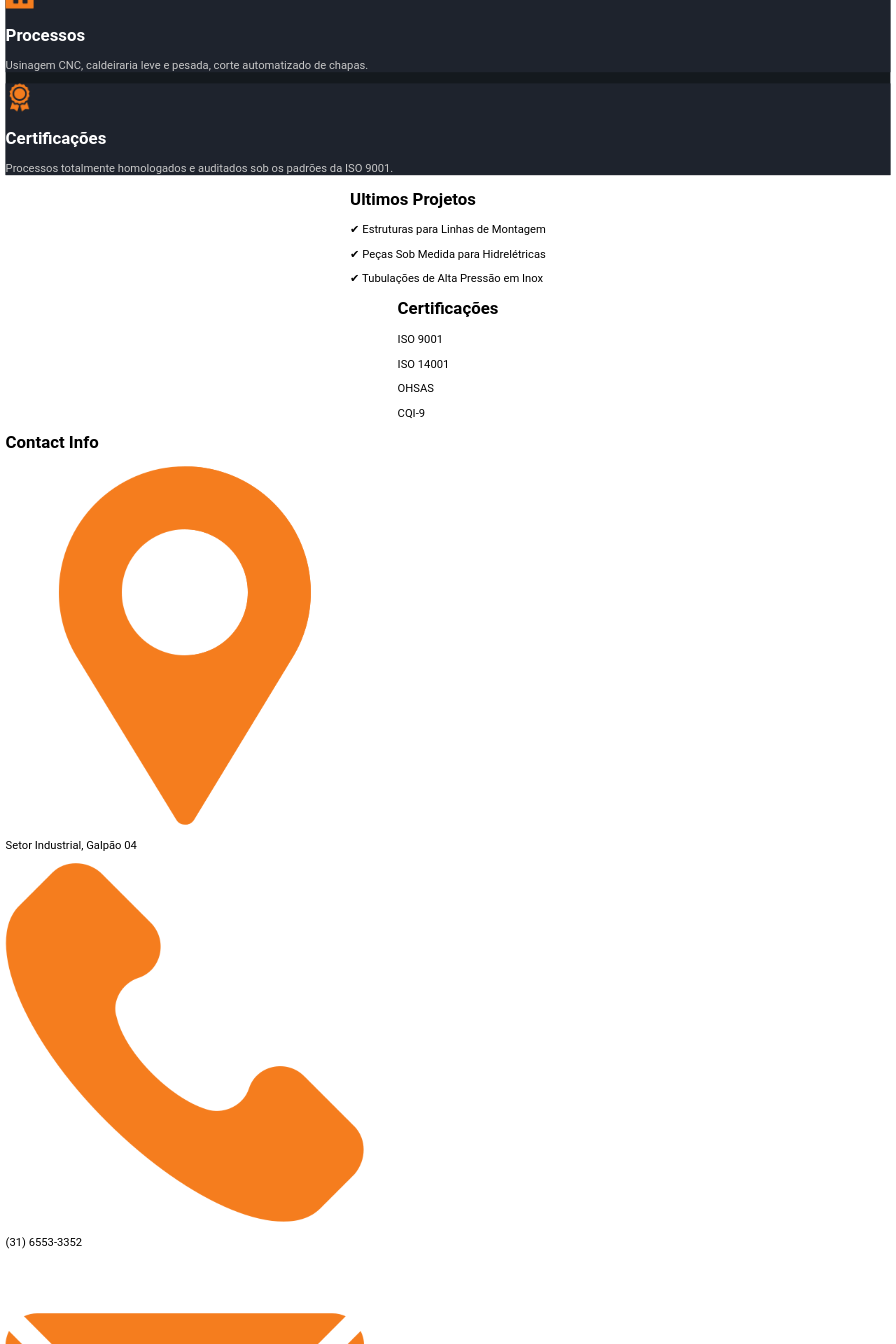
Repository: guiCherpinski/landing-page-metalurgica
Page: index.html
The author's editor kept a copy of each file at every save. The page is drawn from the files as they stood at one save, then again after the next save.
The browser window is 1280 px wide. The pictures show the part of the page from y = 993 to 2913 px (the page is 4609 px tall before and 2205 px after), at 70% of full size.

Above is the page before, as saved 2026-06-03 20:25:04.

### index.html
<!DOCTYPE html>
<html lang="pt-br">
<head>
    <meta charset="UTF-8">
    <meta name="viewport" content="width=device-width, initial-scale=1.0">
    <title>Metalúrgica</title>
    <link rel="stylesheet" href="style.css">
</head>
<body>
    <header>
        <nav>
            <h1>Metalúrgica <span>MI80</span></h1>

            <div class = "buttons">
                <a href="/">Home</a>
                <a href="/">Serviços</a>
                <a href="/">Projetos</a>
                <a href="/">Contatos</a>
                <button>Faça uma Cotação</button>
            </div>
        </nav>
    </header>

    <main>
        <section class = "hero-section">
            <img src="./img/homem-serrando.png" alt="Foto de um Soldador">
            <div class = "text-hero">
                <h2>Soluções Metalúrgicas de Precisão</h2>
                <p>Expertise no desenvolvimento e usinagem de maquinários, estruturas industriais de alta performance e projetos personalizados em aço</p>
            </div>
        </section>
    </main>

    <section class = "our-process">

        <h2>Nossos Processos</h2>

        <p>Atuamos com a mais alta tecnologia em fundicao, corte a laser e dobra CNC. Garantimos o
            controle rígido de qualidade em cada etapa, desde a materia-prima bruta até o acabamento
            superficial refinado, atendendo as mais estritas normas internacionais de seguranca e
            durabilidade.
        </p>

        <p>Nossa infraestrutura moderna permite a fabricacao em larga escala sem perder a precisão
            milimetrica necessaria para componentes automotivos, aeroespaciais e de engenharia
            pesada.
        </p>

        <section class = "articles">

        </section>
        <article class = "article-benefits">
            <img src="./img/settings-gears.png" alt="Icone de engrenagens">
            <h2>Benefícios</h2>
            <p>Alta durabilidade, resistência mecânica superior e precisão cirúrgica em ligas especiais.</p>
        </article>

        <article class = "article-process">
            <img src="./img/industry.png" alt="Icone de industria">
            <h2>Processos</h2>
            <p>Usinagem CNC, caldeiraria leve e pesada, corte automatizado de chapas.</p>
        </article>

        <article class = "article-certificates">
            <img src="./img/medal.png" alt="Icone de medalha">
            <h2>Certificações</h2>
            <p>Processos totalmente homologados e auditados sob os padrões da ISO 9001.</p>
        </article>
    </section>

    <section class = "last-projects">
        <h2>Ultimos Projetos</h2>
        <p>✔ Estruturas para Linhas de Montagem </p>
        <p>✔ Peças Sob Medida para Hidrelétricas</p>
        <p>✔ Tubulações de Alta Pressão em Inox</p>
    </section>

    <section class = "certificates">
        <h2>Certificações</h2>
        <p>ISO 9001</p>
        <p>ISO 14001</p>
        <p>OHSAS</p>
        <p>CQI-9</p>
    </section>


    <footer class = "rodape">
        <section>
            <h2>Contact Info</h2>

            <article>
                <img src="./img/placeholder.png" alt="Icone pin">
                <p>Setor Industrial, Galpão 04</p>
            </article>

            <article>
                <img src="./img/phone-call.png" alt="Icone de telefone">
                <p>(31) 6553-3352</p>
            </article>

            <article>
                <img src="./img/email.png" alt="Icone email">
                <p>contato@metalurgica-exemplo.com</p>
            </article>
        </section>

        <section>
            <h2>Quick Links</h2>
            <p>Política de Privacidade</p>
            <p>Trabalhe Conosco</p>
            <p>Portal do Cliente</p>
        </section>

        <section>
            <h2>Social Media</h2>
            <img src="./img/linkedin.png" alt="Icone linkedin">
            <img src="./img/instagram.png" alt="Icone instagram">
            <img src="./img/facebook.png" alt="Icone facebook">
            <img src="./img/youtube.png" alt="Icone youtube">
        </section>
    </footer>


</body>
</html>

### style.css
body{
    font-family: 'Roboto' , sans-serif;
    justify-items: center;
    /*background: #0A0A14;*/
}

header{
    background: #14191E;
    width: 1100px;
    border-bottom: 1px solid #2D2929;
}

header h1{
    color: white;
}

header h1 span {
    color: #FA776E;
}

header nav {
    display: flex;
    align-items: center;
    justify-content: space-between;
    margin-left: 25px;
    margin-right: 25px;
}

header nav a {
    margin-left: 10px;
    margin-right: 10px;
    text-decoration: none;
    color: #C8C8C8;
}


header button {
    width:140px;
    height: 35px;
    background: #F57D1E;
    border: none;
    border-radius: 4px;
    color: white;
}

header button:hover{
    cursor: pointer;
    background:#CC5500;
}

.hero-section img{
    width: 1100px;
    height: 400px;
}

.text-hero{
    background: #14191E;
    border-left: 3px solid #F57D1E;
    width: 500px;
    padding: 20px;
    position: relative;
    bottom: 200px;
    left: 40px;
}

.text-hero h2{
    color: white;
}

.text-hero p{
    color: #c8c8c8;
}

.our-process{
    background: #14191E;
}

.our-process h2{
    color: white;
}

.our-process p{
    color: #c8c8c8;
}

.our-process img{
    width: 40px;
    height: 40px;
}

.article-benefits{
    background: #1E232D;
}

.article-process{
    background: #1E232D;
}

.article-certificates{
    background: #1E232D;
}

After the next save:
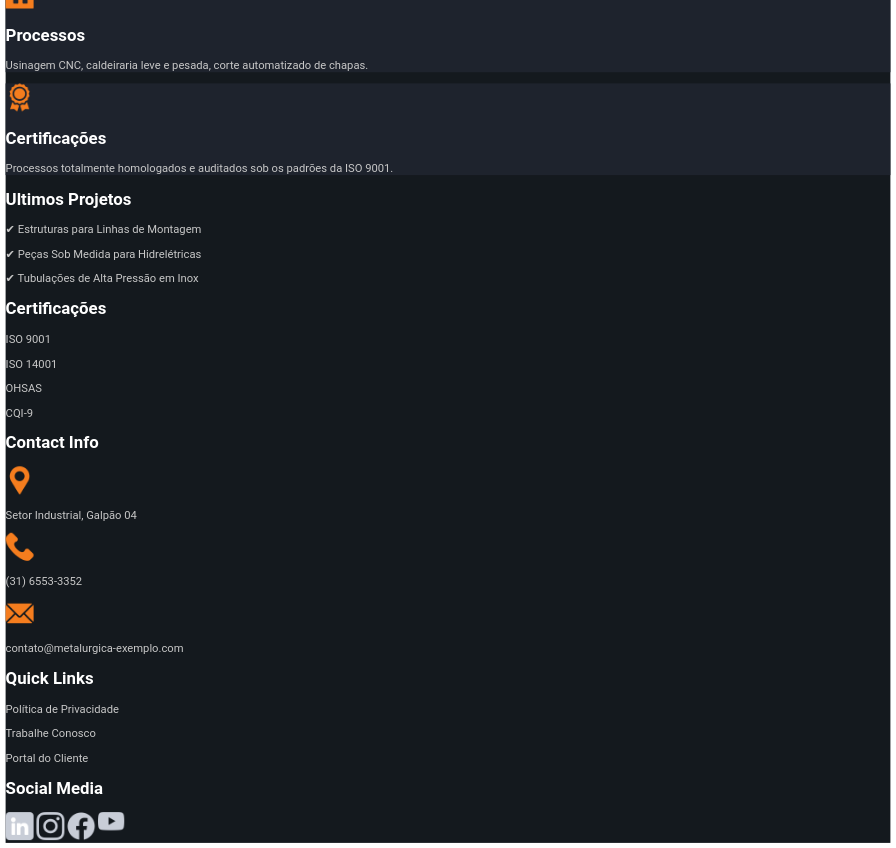
Saved 4 s later.
--- a/index.html
+++ b/index.html
@@ -47,8 +47,6 @@
         </p>
 
         <section class = "articles">
-
-        </section>
         <article class = "article-benefits">
             <img src="./img/settings-gears.png" alt="Icone de engrenagens">
             <h2>Benefícios</h2>

After the 2 saves that followed:
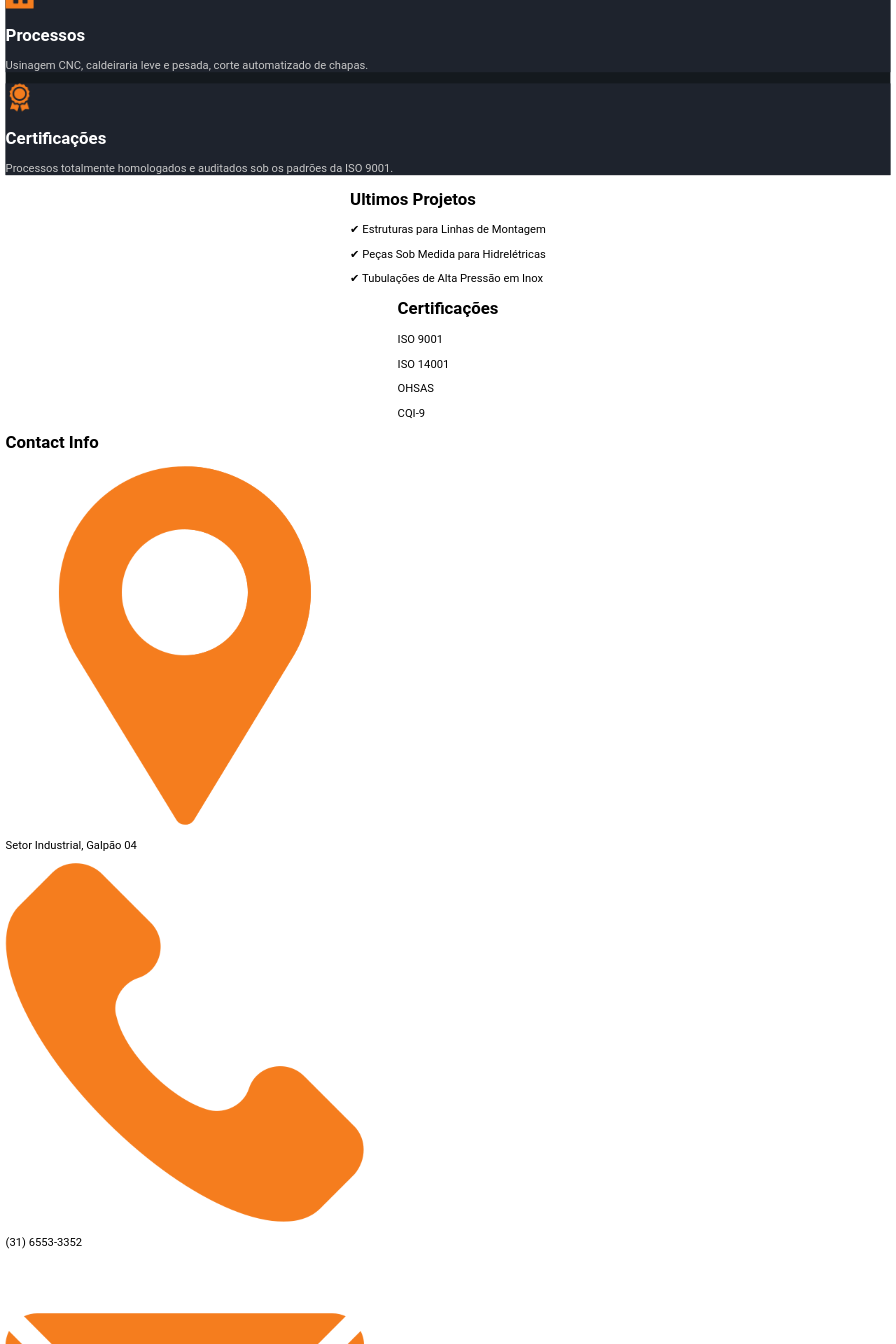
The 2 saves are shown as one change because they came seconds apart.
The last was saved 12 s later.
--- a/index.html
+++ b/index.html
@@ -64,6 +64,7 @@
             <h2>Certificações</h2>
             <p>Processos totalmente homologados e auditados sob os padrões da ISO 9001.</p>
         </article>
+        </section>
     </section>
 
     <section class = "last-projects">
